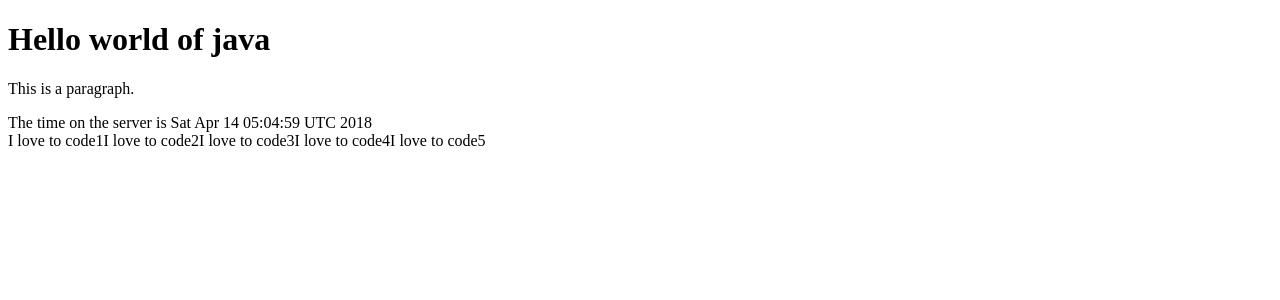
Repository: nishan1281/Java-training
Page: http://localhost/helloworld/helloworld.jsp
These files come from the project's save history. The page is drawn as it stood at one moment and after the next save; the edit follows.
The browser window is 1280 px wide. The pictures show the whole page.
The page is served by Tomcat 9.

Above is the page before, as saved 2018-04-14 05:05:55.

After the next save:
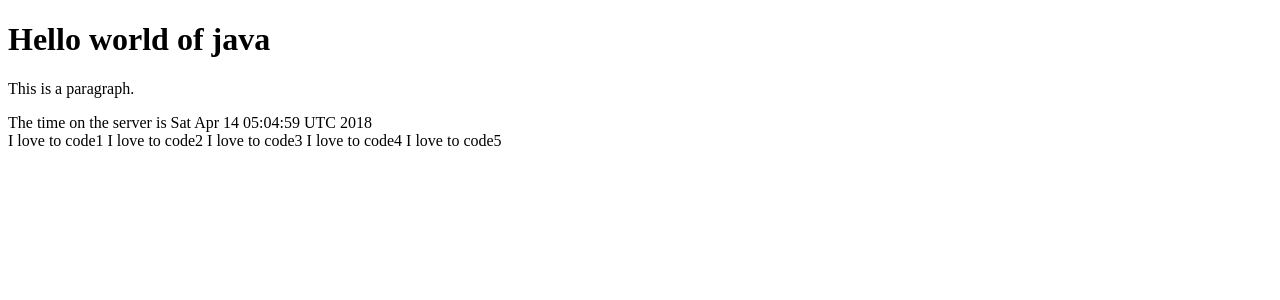
Saved 10 s later.
--- a/springProject/helloworld/WebContent/helloworld.jsp
+++ b/springProject/helloworld/WebContent/helloworld.jsp
@@ -14,7 +14,7 @@ The time on the server is <%= new java.util.Date() %>
 <%
   for (int i = 1; i<=5; i++)
     {
-	out.print("I love to code" + i);
+	out.println("I love to code" + i);
     }
 %>
 
